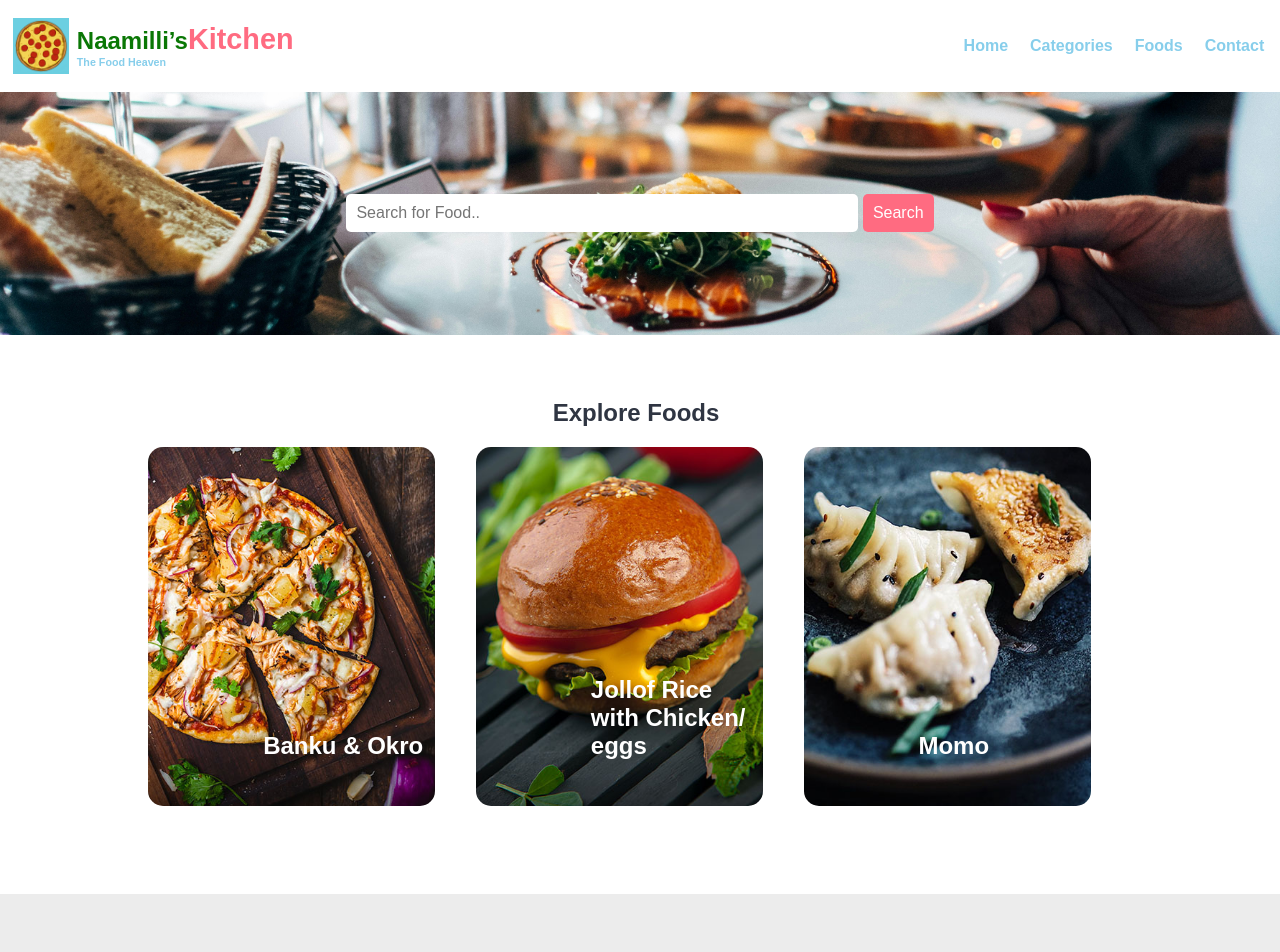
Repository: Saviour-Dagadu/Naamilli
Page: index.html
The author's editor kept a copy of each file at every save. The page is drawn from the files as they stood at one save, then again after the next save.
The browser window is 1280 px wide. The pictures show the part of the page from y = 0 to 952 px (the page is 2117 px tall).
A picture or video elsewhere on the page could not be fetched, so the positions and the page height are approximate.

Above is the page before, as saved 2024-12-03 21:26:49.

### index.html
<!DOCTYPE html>
<html lang="en">
<head>
    <meta charset="UTF-8">
    <!-- Important to make website responsive -->
    <meta name="viewport" content="width=device-width, initial-scale=1.0">
    <title>Restaurant Website</title>

    <!-- Link our CSS file -->
    <link rel="stylesheet" type="text/css" href="css/style.css">
</head>

<body>
    <!-- Navbar Section Starts Here -->
	<section class="navbar" style="display: flex; align-items: center; justify-content: space-between;">
        <div class="container" style="display: flex; width: 100%; justify-content: space-between; align-items: center;">
            <div class="logo" style="display: flex; align-items: center;">
                <a href="index.html" title="Logo" style="display: flex; align-items: center;">
                    <img src="images/giphy.gif" alt="" style="
                        width: 3.5rem; /* Adjust size to be similar to nav image */
                        height: 3.5rem; /* Adjust size to be similar to nav image */
                        margin-right: 0.5rem;">
                    <div>
                        <h2 style="margin: 0;">Naamilli’s<span>Kitchen</span></h2>
                        <h6 style="margin: 0;"><span>The Food Heaven</span></h6>
                    </div>
                </a>
            </div>

            <div class="menu text-right">
                <ul style="list-style: none; margin: 0; padding: 0; display: flex; justify-content: flex-end;">
                    <li style="margin-left: 1rem;">
                        <a href="index.html">Home</a>
                    </li>
                    <li style="margin-left: 1rem;">
                        <a href="categories.html">Categories</a>
                    </li>
                    <li style="margin-left: 1rem;">
                        <a href="foods.html">Foods</a>
                    </li>
                    <li style="margin-left: 1rem;">
                        <a href="contact.html">Contact</a>
                    </li>
                </ul>
            </div>
        </div>

        <div class="clearfix"></div>
    </section>

    <!-- Navbar Section Ends Here -->

    <!-- fOOD sEARCH Section Starts Here -->
    <section class="food-search text-center">
        <div class="container">

            <form action="underConstruction.html" method="POST">
                <input type="search" name="search" placeholder="Search for Food.." required>
                <input type="submit" name="submit" value="Search" class="btn btn-primary">
            </form>

        </div>
    </section>
    <!-- fOOD sEARCH Section Ends Here -->

    <!-- CAtegories Section Starts Here -->
    <section class="categories">
        <div class="container">
            <h2 class="text-center">Explore Foods</h2>

            <a href="category-foods.html">
            <div class="box-3 float-container">
                <img src="images/pizza.jpg" alt="Pizza" class="img-responsive img-curve">

                <h3 class="float-text text-white">Banku & Okro</h3>
            </div>
            </a>

            <a href="#">
            <div class="box-3 float-container">
                <img src="images/burger.jpg" alt="Burger" class="img-responsive img-curve">

                <h3 class="float-text text-white">Jollof Rice with Chicken/ eggs</h3>
            </div>
            </a>

            <a href="#">
            <div class="box-3 float-container">
                <img src="images/momo.jpg" alt="Momo" class="img-responsive img-curve">

                <h3 class="float-text text-white">Momo</h3>
            </div>
            </a>

            <div class="clearfix"></div>
        </div>
    </section>
    <!-- Categories Section Ends Here -->

    <!-- fOOD MEnu Section Starts Here -->
    <section class="food-menu">
        <div class="container">
            <h2 class="text-center">Food Menu</h2>

            <div class="food-menu-box">
                <div class="food-menu-img">
                    <img src="images/menu-pizza.jpg" alt="Chicke Hawain Pizza" class="img-responsive img-curve">
                </div>

                <div class="food-menu-desc">
                    <h4>Pizza</h4>
                    <p class="food-price">Ghc 50</p>
                    <p class="food-detail">
                        Made with Italian Sauce, Chicken, and organice vegetables.
                    </p>
                    <br>

                    <a href="order.html" class="btn btn-primary">Order Now</a>
                </div>
            </div>

            <div class="food-menu-box">
                <div class="food-menu-img">
                    <img src="images/menu-burger.jpg" alt="Chicke Hawain Pizza" class="img-responsive img-curve">
                </div>

                <div class="food-menu-desc">
                    <h4>Smoky Burger</h4>
                    <p class="food-price">Ghc 20</p>
                    <p class="food-detail">
                        Made with Italian Sauce, Chicken, and organice vegetables.
                    </p>
                    <br>

                    <a href="#" class="btn btn-primary">Order Now</a>
                </div>
            </div>

            <div class="food-menu-box">
                <div class="food-menu-img">
                    <img src="images/menu-burger.jpg" alt="Chicke Hawain Burger" class="img-responsive img-curve">
                </div>

                <div class="food-menu-desc">
                    <h4>Nice Burger</h4>
                    <p class="food-price">Ghc 20</p>
                    <p class="food-detail">
                        Made with Italian Sauce, Chicken, and organize vegetables.
                    </p>
                    <br>

                    <a href="#" class="btn btn-primary">Order Now</a>
                </div>
            </div>



            <!-- <div class="food-menu-box">
                <div class="food-menu-img">
                    <img src="images/menu-pizza.jpg" alt="Chicke Hawain Pizza" class="img-responsive img-curve">
                </div>

                <div class="food-menu-desc">
                    <h4>Food Title</h4>
                    <p class="food-price">$2.3</p>
                    <p class="food-detail">
                        Made with Italian Sauce, Chicken, and organice vegetables.
                    </p>
                    <br>

                    <a href="#" class="btn btn-primary">Order Now</a>
                </div>
            </div> -->

            <div class="food-menu-box">
                <div class="food-menu-img">
                    <img src="images/menu-momo.jpg" alt="Chicke Hawain Momo" class="img-responsive img-curve">
                </div>

                <div class="food-menu-desc">
                    <h4>Chicken Steam Momo</h4>
                    <p class="food-price">Ghc 50</p>
                    <p class="food-detail">
                        Made with Italian Sauce, Chicken, and organice vegetables.
                    </p>
                    <br>

                    <a href="#" class="btn btn-primary">Order Now</a>
                </div>
            </div>


            <div class="clearfix"></div>



        </div>

        <p class="text-center">
            <a href="#">See All Foods</a>
        </p>
    </section>
    <!-- fOOD Menu Section Ends Here -->

    <!-- social Section Starts Here -->
<section class="social">
	<div class="container text-center">
		<ul>
			<li>
				<a href="https://www.facebook.com/saviou/"><img src="https://img.icons8.com/fluent/50/000000/facebook-new.png"/></a>
			</li>
			<li>
				<a href="https://www.instagram.com/saviour_dagadu/"><img src="https://img.icons8.com/fluent/48/000000/instagram-new.png"/></a>
			</li>
			<li>
				<a href="https://twitter.com/savicode"><img src="https://img.icons8.com/fluent/48/000000/twitter.png"/></a>
			</li>
		</ul>
	</div>
</section>
<!-- social Section Ends Here -->

<!-- footer Section Starts Here -->
<section class="footer">
	<div class="container text-center">
		<p>All rights reserved. Designed By <a href="https://saviourdagadu.netlify.app/">Saviour Dagadu</a></p>
	</div>
</section>
<!-- footer Section Ends Here -->

</body>
</html>

### css/style.css
/*
    Author: Vijay Thapa;
    Theme: Restaurant Food Order;
    version: 1.0;
*/

/* CSS for All */
*{
    margin: 0 0;
    padding: 0 0;
    font-family: Arial, Helvetica, sans-serif;
}
.container{
    width: 80%;
    margin: 0 auto;
    padding: 1%;
}
.img-responsive{
    width: 100%;
}
.img-curve{
    border-radius: 15px;
}

.text-right{
    text-align: right;
}
.text-center{
    text-align: center;
}
.text-left{
    text-align: left;
}
.text-white{
    color: white;
}

.clearfix{
    clear: both;
    float: none;
}

a{
    color: skyblue;
    text-decoration: none;
}
a:hover{
    color: #ff6b81;
}

.btn{
    padding: 1%;
    border: none;
    font-size: 1rem;
    border-radius: 5px;
}
.btn-primary{
    background-color: #ff6b81;
    color: white;
    cursor: pointer;
}
.btn-primary:hover{
    color: white;
    background-color: #ff4757;
}
h2{
    color: #2f3542;
    font-size: 2rem;
    margin-bottom: 2%;
}
h3{
    font-size: 1.5rem;
}
.float-container{
    position: relative;
}
.float-text{
    position: absolute;
    bottom: 50px;
    left: 40%;
}
fieldset{
    border: 1px solid white;
    margin: 5%;
    padding: 3%;
    border-radius: 5px;
}


/* CSSS for navbar section */

.logo{
    width: 10%;
    float: left;
}
.logo h2{
    color: rgb(10, 119, 5);
}
.logo h2:hover{
    color: rgb(10, 119, 5);
    font-style: italic;
}
.logo h2 span{
    color: #ff6b81;
    font-size: larger;
    font-weight:bolder;
}
.logo h2 span:hover{
    color: #ff4757;
    font-size: larger;
    font-weight:bolder;
}
.menu{
    line-height: 60px;
}
.menu ul{
    list-style-type: none;
}

.menu ul li{
    display: inline;
    padding: 1%;
    font-weight: bold;
}


/* CSS for Food SEarch Section */

.food-search{
    background-image: url(../images/jay-wennington-N_Y88TWmGwA-unsplash.jpg);
    background-size: cover;
    background-repeat: no-repeat;
    background-position: center;
    padding: 7% 0;
}

.food-search input[type="search"]{
    width: 50%;
    padding: 1%;
    font-size: 1rem;
    border: none;
    border-radius: 5px;
}


/* CSS for Categories */
.categories{
    padding: 4% 0;
}

.box-3{
    width: 28%;
    float: left;
    margin: 2%;
}


/* CSS for Food Menu */
.food-menu{
    background-color: #ececec;
    padding: 4% 0;
}
.food-menu-box{
    width: 43%;
    margin: 1%;
    padding: 2%;
    float: left;
    background-color: white;
    border-radius: 15px;
}

.food-menu-img{
    width: 20%;
    float: left;
}

.food-menu-desc{
    width: 70%;
    float: left;
    margin-left: 8%;
}

.food-price{
    font-size: 1.2rem;
    margin: 2% 0;
}
.food-detail{
    font-size: 1rem;
    color: #747d8c;
}


/* CSS for Social */
.social ul{
    list-style-type: none;
}
.social ul li{
    display: inline;
    padding: 1%;
}

/* for Order Section */
.order{
    width: 50%;
    margin: 0 auto;
}
.input-responsive{
    width: 96%;
    padding: 1%;
    margin-bottom: 3%;
    border: none;
    border-radius: 5px;
    font-size: 1rem;
}
.order-label{
    margin-bottom: 1%;
    font-weight: bold;
}

/* Contact Section*/

#info{
    padding: 30px 0;
}

#info .container{
     display: flex;
}

#info .info{
    width: 28%;
    height: 300px;
    border-radius: 10px;
    overflow: hidden;

}

#info .info-text{
    border: 1px solid lightgray;
    padding: 10px;
}

#info .info-text h4{
    margin: 5px;
}

#info .info-text .info-text-call{
    margin-bottom: 20px;
}

#info .info-image{
margin-right: 10px;
overflow: hidden;
box-shadow: 0 0 5px #333;
transform: scale (1.04);
transition: all .4s ease-in-out;
}

#info .info-image:hover{
transform: translateY(-15px) scale(1.1);
box-shadow: 0 0 10px #333;
}
#info .info-image img{
max-width: 100%;
height: auto
}

#info .info-image:hover .info-image img{
opacity: 1;
}

       /* message Section */
#message{
    padding: 30px 0;
    background-color: lightgray;
}

#message .message-top{
    text-align: center;
    margin-bottom: 20px;
}

#message .message-top h3{
    text-transform: uppercase;
    margin: 0;
}

#message .message-top h3::after{
    content: "";
    display: block;
    width: 50px;
    height: 3px;
    background-color: gray;
    margin: 10px auto 0;
}

#message .message-bottom{
    color: black;
}

#message .message-bottom label{
    display: block;
    font-size: 17px;
    font-weight: 500;
    margin-bottom: 5px;
}

#message .message-bottom .form-group{
    margin-bottom: 10px;
}

#message .message-bottom .input{
    display: block;
    height: 40px;
    border-radius: 5px;
    border: 1px solid brown;
    padding-left: 10px;
    padding-right: 10px;
    width: 100%;
    font-size: 15px;
    font-family: 'Segoe UI', Tahoma, Geneva, Verdana, Sans-serif;
}

#message .message-bottom input,
#message .message-bottom textarea,
#message .message-bottom button{
    outline: none;
}

#message  textarea{
    width: 100%;
    height: 200px;
    border-radius: 5px;
    border: 1px solid brown;
    background-color: white;
    padding: 5px 10px;
    font: 15px 'Segoe UI', Tahoma, Geneva, Verdana, Sans-serif;
}

.navbar-brand {
    display: flex;
    align-items: center; /* Align items horizontally in the center */
    text-decoration: none; /* Removes default underline from the link */
    color: #333; /* Adjust text color as needed */
    /* background-image: url('../images/apple.gif'); Replace with the path to your image */
    background-size: cover;                          /* Ensures the image covers the entire div */
    background-position: center;                     /* Centers the image within the div */
    background-repeat: no-repeat;
}
.navbar-brand h2 {
    margin: 0;               /* Removes default margin */
    font-size: 2.5rem;
}

.navbar-brand h2 span{
    color: skyblue;
}

.navbar-brand i {
    display: block;          /* Ensures the i element is on a new line */
    margin: 0;               /* Removes default margin */
    font-size: 0.8rem;       /* Makes the text smaller */
    color: black;
}

.logo-img {
    width: 3.5rem; /* Adjust size as needed */
    height: 3.5rem; /* Adjust size as needed */
    margin-right: 0.5rem; /* Space between image and text */
}

.text-content {
    display: flex;
    flex-direction: column; /* Stack text elements vertically */
    justify-content: center; /* Center text vertically within container */
}

h2 {
    margin: 0; /* Remove default margin */
    font-size: 1.5rem; /* Adjust font size as needed */
    font-weight: bold;
    margin-right: 0.5rem; /* Space between h2 and h6 */
}



/* #message .message-bottom .btn{
    padding: 10px 20px;
    background-color: brown;
    text-transform: uppercase;
    font: 15px 'Segoe UI', Tahoma, Geneva, Verdana, Sans-serif;
    border: none;
    border-radius: 5px;
    font-weight: 500;
    color: #fff;
    cursor: pointer;
} */


/* CSS for Mobile Size or Smaller Screen */

@media only screen and (max-width:768px){
    .logo{
        width: 80%;
        float: none;
        margin: 1% auto;
    }

    .menu ul{
        text-align: center;
    }

    .food-search input[type="search"]{
        width: 90%;
        padding: 2%;
        margin-bottom: 3%;
    }

    .btn{
        width: 91%;
        padding: 2%;
    }

    .food-search{
        padding: 10% 0;
    }

    .categories{
        padding: 20% 0;
    }
    h2{
        margin-bottom: 10%;
    }
    .box-3{
        width: 100%;
        margin: 4% auto;
    }

    .food-menu{
        padding: 20% 0;
    }

    .food-menu-box{
        width: 90%;
        padding: 5%;
        margin-bottom: 5%;
    }
    .social{
        padding: 5% 0;
    }
    .order{
        width: 100%;
    }
}

After the next save:
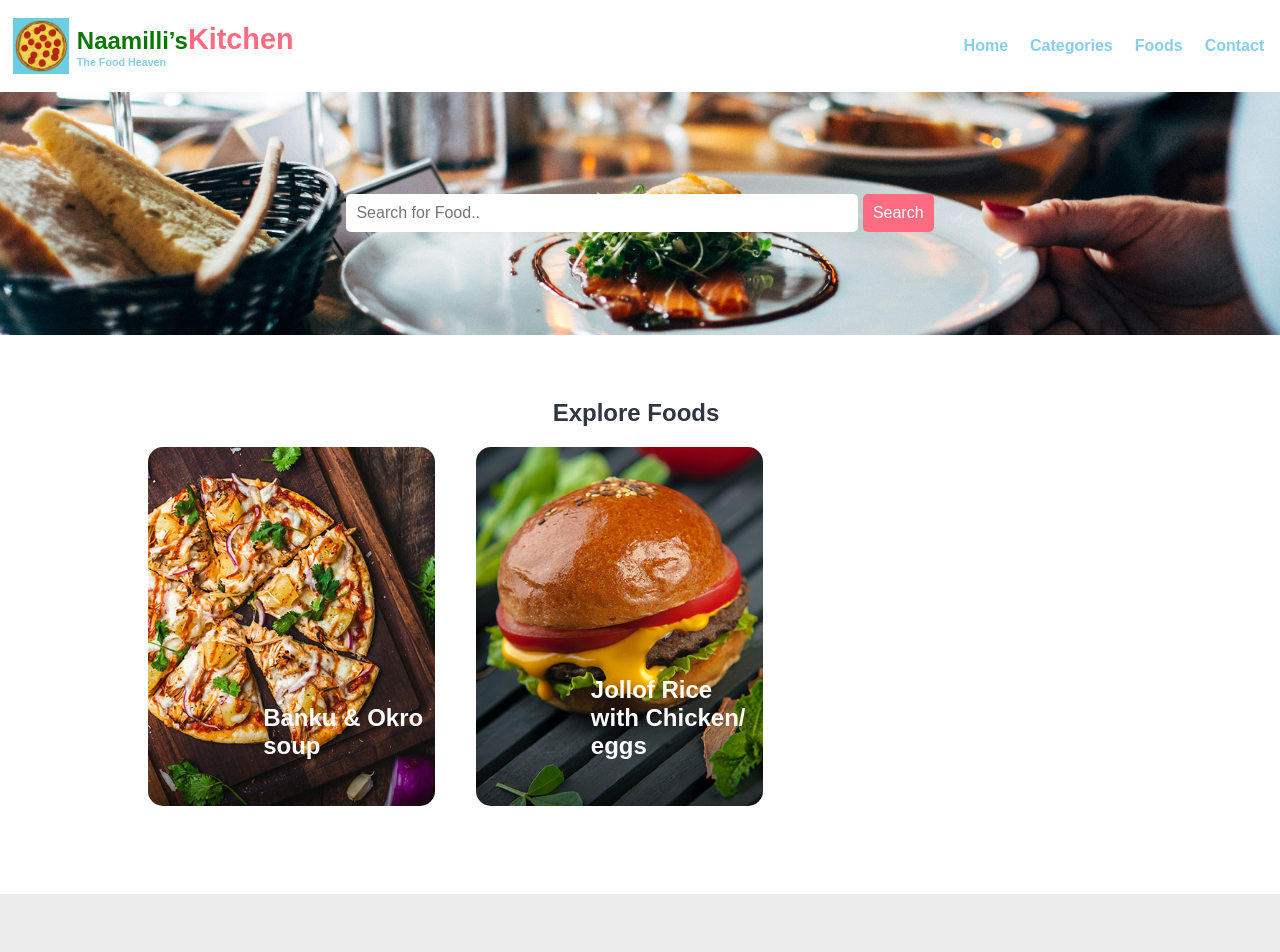
Saved 2 min 52 s later.
--- a/index.html
+++ b/index.html
@@ -72,7 +72,7 @@
             <div class="box-3 float-container">
                 <img src="images/pizza.jpg" alt="Pizza" class="img-responsive img-curve">
 
-                <h3 class="float-text text-white">Banku & Okro</h3>
+                <h3 class="float-text text-white">Banku & Okro soup</h3>
             </div>
             </a>
 
@@ -84,13 +84,13 @@
             </div>
             </a>
 
-            <a href="#">
+            <!-- <a href="#">
             <div class="box-3 float-container">
                 <img src="images/momo.jpg" alt="Momo" class="img-responsive img-curve">
 
-                <h3 class="float-text text-white">Momo</h3>
-            </div>
-            </a>
+                <h3 class="float-text text-white"></h3>
+            </div>
+            </a> -->
 
             <div class="clearfix"></div>
         </div>
